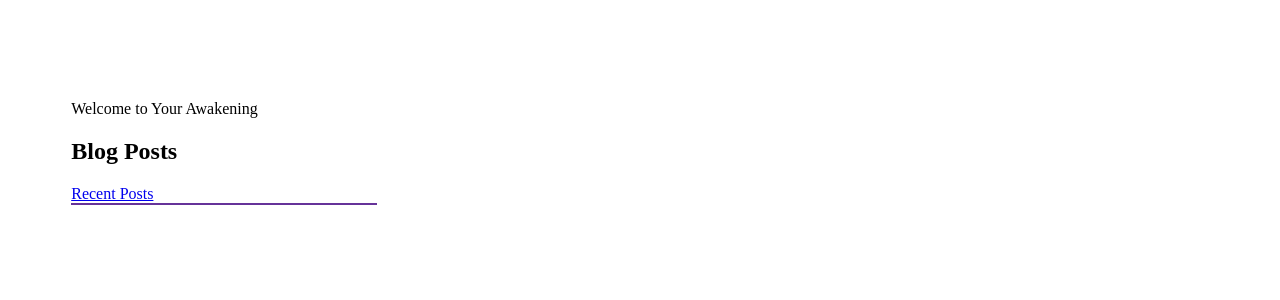
Repository: Gregg-Hendrix/blog-project
Page: index.html
These files come from the project's save history. The page is drawn as it stood at one moment and after the next save; the edit follows.
The browser window is 1280 px wide. The pictures show the whole page.

Above is the page before, as saved 2021-03-15 13:47:17.

After the next save:
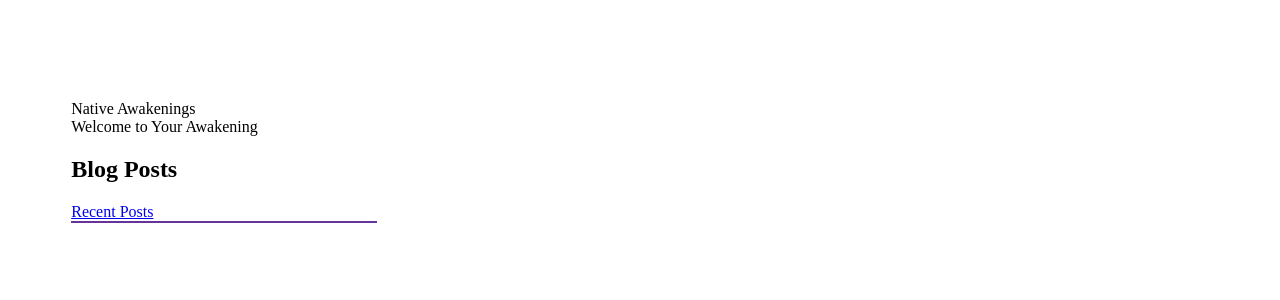
Saved 5 s later.
--- a/index.html
+++ b/index.html
@@ -10,7 +10,7 @@
     <body>
         <! -- This aligns the items to the top of the screen -->
         <div class="container">
-            <header>
+            <header>Native Awakenings
             <nav>
             <article>Welcome to Your Awakening</article>
             <sidebar><h1>Blog Posts</h1><a href="meditation.html">Recent Posts</a></sidebar>
